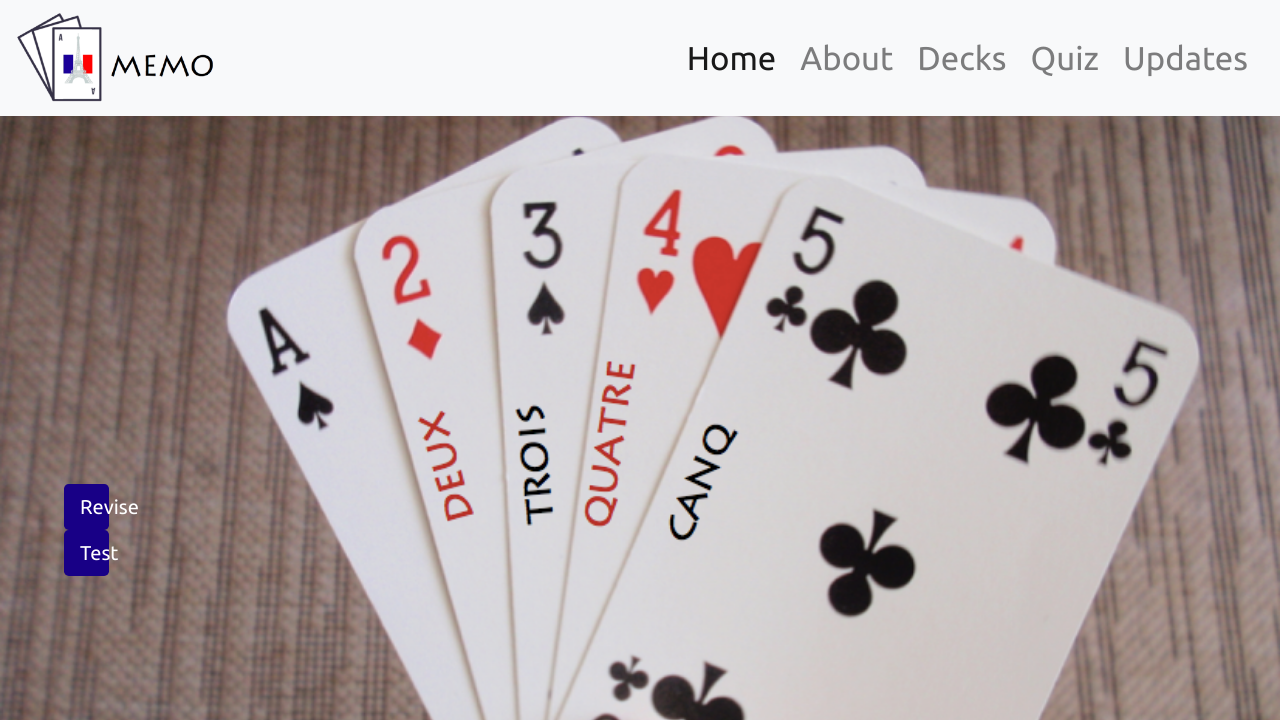
Repository: farahroslend/memofrancais
Page: landingPage.html
The author's editor kept a record of every edit. The page is drawn from the files as they stood at one moment, then again after the next edit.
The browser window is 1280 px wide. The pictures show the whole page.

Above is the page before.

After the next edit:
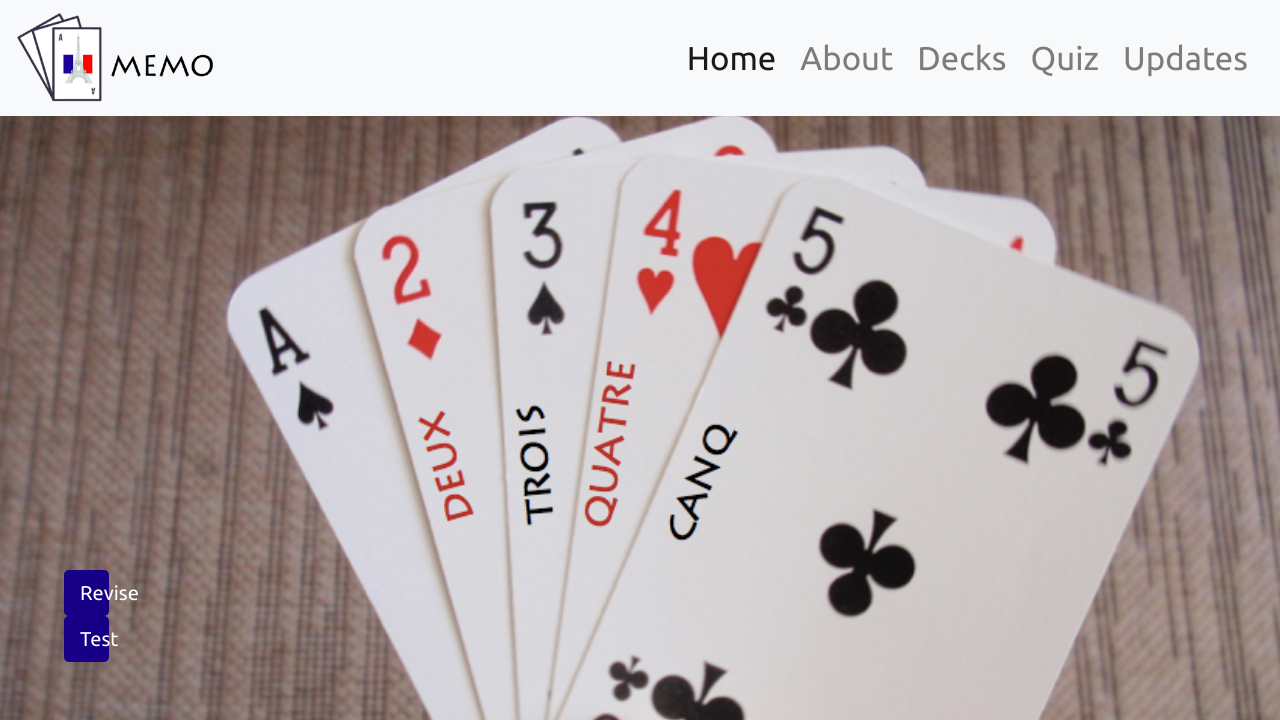
The edit:
--- a/styler.css
+++ b/styler.css
@@ -34,7 +34,7 @@
 
 .bottomleft {
     position: absolute;
-    bottom: 20%;
+    bottom: 8%;
     left: 5%;
     font-size: 18px;
 }
